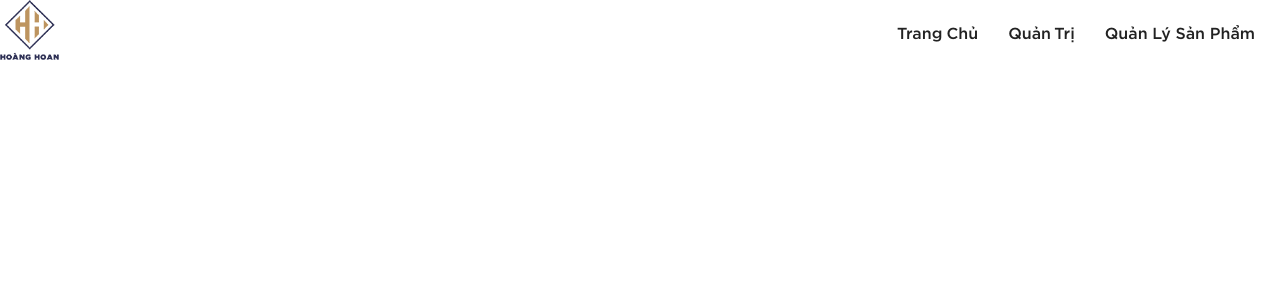
Repository: LDDUNG2003/prj_2
Page: /adminLocal
An editor plug-in stored every save of this project. The page is shown before and after the next save, followed by the edit.
The browser window is 1280 px wide. The pictures show the whole page.
The project was rebuilt for these pictures with package versions that can differ from the ones it lists, and the page was loaded fresh each time. Also part of the build but not shown: src/layouts/header/itemsHeader/index.js, src/layouts/header/loginHeader/index.js, src/layouts/header/index.js, src/layouts/footer/index.js, src/layouts/defaultLayout/index.js, src/font-awesome/index.js, src/pages/home/setProductSlick/index.js, src/pages/home/index.js and 9 more.

Above is the page before, as saved 2023-10-02 15:39:23.

### public/index.html
<!doctype html>
<html lang="en">
  <head>
    <meta charset="utf-8">
    <meta name="viewport" content="width=device-width, initial-scale=1">
    <link rel="shortcut icon" href="./img/logo.png">
    <link rel="preconnect" href="https://fonts.googleapis.com">
    <link rel="preconnect" href="https://fonts.gstatic.com" crossorigin>
    <link href="https://fonts.googleapis.com/css2?family=Roboto:ital,wght@0,100;0,300;0,400;0,500;1,100;1,400;1,500;1,700;1,900&display=swap" rel="stylesheet">
    <title>Nội Thất Hoàng Hoan</title>
  </head>
  <body>
    <div id="root"></div>
  </body>
</html>

### src/index.js
import React from 'react';
import ReactDOM from 'react-dom';
import App from './App';
import './index.css';

const root = ReactDOM.createRoot(document.getElementById('root'));
root.render(
  <React.StrictMode>
    <App />
  </React.StrictMode>,
);

### src/App.js
import React, { Component, Fragment } from 'react';
import { BrowserRouter as Router , Routes, Route } from 'react-router-dom';
import defaultLayout from './layouts/defaultLayout';
import AdminLayout from './layouts/AdminLayout';
import { publicRoute } from './routes';
import "slick-carousel/slick/slick.css";
import "slick-carousel/slick/slick-theme.css";
import './styles/css/responsive.css';

class App extends Component {
  render() {
    return (
      <Router>
        <div className="App">
        <Routes>
          {publicRoute.map((route ,index) => {
              const Page = route.component
              let Layout
              if(route.layout === 'notlayout'){
                Layout = Fragment
              }else if(route.layout === 'adminLayout'){
                Layout = AdminLayout
              }
              else{
                Layout = defaultLayout
              }
              return (<Route
                key={index}
                path={route.path}
                element={
                <Layout>
                    <Page/>
                  </Layout>
                }/>);
            })}
        </Routes>
        </div>
      </Router>
    );
  }
}

export default App;

### src/index.css
@font-face {
    font-family: "Gotham-Medium";
    src: url(./styles/front/Gotham-Medium.otf);
}

@font-face {
    font-family: "Gotham-Thin";
    src: url(./styles/front/Gotham-Thin.otf);
}

@font-face {
    font-family: "Gotham-Ultra";
    src: url(./styles/front/Gotham-Ultra.otf);
}

### src/layouts/AdminLayout/index.js
import Header from './Header'
import AdminMenu from '~';

function AdminLayout({children}) {
    return (
       <>
       <Header/>
       <div className="content"></div>
       </>
     );
}

export default AdminLayout;

### src/routes/index.js
import Home from '~/pages/home'
import News from '~/pages/news'
import Contact from '~/pages/contact'
import page404 from '~/pages/notfoud'
import Login from '~/pages/login'
import AdminLocal from '~/pages/adminPage'
import Upload from '~/pages/adminPage/upLoad'
import LocaPage from '~/pages/adminPage/pageLocal'


const publicRoute = [
    {path: '/',component: Home},
    {path: '/news',component: News},
    {path: '/contact',component: Contact},
    {path: '/*',component: page404, layout: 'notlayout'},
    {path: '/login',component: Login,layout: 'notlayout'},
    {path: '/adminLocal',component:AdminLocal,layout: 'adminLayout'},
    {path: '/AdminUpLoad',component:Upload , layout: 'adminLayout'},
    {path: '/pageLocalAdmin',component:LocaPage, layout: 'adminLayout'}
]

const AdminRoute = [
]

export  { AdminRoute, publicRoute}

### src/styles/css/responsive.css
@media (min-width:767px) {
    #mobileMenu {
        display: none;
    }
}

@media (max-width: 767px) {
    #root {
        margin: 0px 5px;
    }
    #mobileMenu {
        display: block;
        text-align: center;
    }
    .logo--block {
        width: 100%;
        display: flex;
        align-items: center;
        justify-content: space-between;
    }
    .navBar {
        display: block;
        height: auto;
    }
    .choose-item {
        width: 100%;
    }
    .menu-mobile {
        width: 40px;
        height: 40px;
        padding: 10px;
        border: 0px;
        background-color: var(--primary-color);
    }
    .news--item-container {
        font-size: 11px;
    }
    .content--title::before {
        display: none;
    }
    .new--item-heading {
        font-size: 14px;
    }
    .navBar__list {
        display: none;
        width: 100%;
    }
    .navBar__list-item {
        padding: 4px;
        border-bottom: 2px solid #ccc;
    }
    .about__us {
        background: none;
    }
    .about__us::before {
        background: none;
    }
    .content__focut {
        position: static;
    }
    .focut--item {
        width: 50%;
    }
    .content__banner {
        width: 100%;
    }
    .banner--content {
        display: none;
    }
    .slick-prev:before,
    .slick-next:before {
        display: none;
    }
    .about--background {
        display: none;
    }
    .about__us-bag {
        position: static;
    }
    .about--block {
        display: block;
    }
    .about--content {
        width: 100%;
        color: var(--text-color);
    }
    .about--content img {
        width: 100%;
    }
    .content--title {
        color: var(--text-color);
    }
    .news--contain {
        display: block;
    }
    .mobile-display {
        display: none;
    }
    .news--contain--item {
        width: 100%;
    }
    .news--list-item {
        width: 100%;
        overflow: hidden;
    }
    .news--list-item img {
        height: 100%;
    }
    .partner--list {
        flex-wrap: wrap;
    }
    .partner--item {
        width: 50%;
    }
    .content--contact {
        display: none;
    }
    .footer__lable {
        display: block;
    }
    .footer--list {
        width: 100%;
        padding: 10px 0px;
    }
    .footer--list-item {
        width: 100%;
        padding: 5px 0px;
    }
    /* news responsive */
    .news--content-list {
        margin: 0px 20px;
    }
    .news--content-item {
        width: 100%;
    }
    .featured--list {
        width: 100%;
        margin: 10px;
        flex-wrap: wrap;
    }
    .featured--item {
        width: 100%;
    }
}

### src/styles/css/base.css
* {
    padding: 0px;
    margin: 0px;
    font-family: "Gotham-Medium";
    text-align: justify;
}

:root {
    --primary-color: #bd945f;
    --text-color: #222222;
}


/* font setting */

.App {
    width: 100%;
    overflow: hidden;
    background-color: #fff;
}

.main {
    width: 100%;
}

.header {
    padding: 10px 0px;
    margin: auto;
    width: 100%;
    max-width: 1200px;
}

.navBar {
    display: flex;
    width: 100%;
    justify-content: space-between;
}

.logo {
    height: 60px;
}

.navBar__list {
    display: flex;
    list-style: none;
    align-items: center;
}

.navBar__list-item {
    margin: 0 10px;
    position: relative;
}

.navBar__list--link {
    text-transform: uppercase;
    font-size: 16px;
    color: var(--text-color);
    text-decoration: none;
}

.navBar__list-item::before {
    content: '';
    background-color: var(--primary-color);
    display: block;
    height: 4px;
    margin-top: 7px;
    width: 0px;
    top: 75%;
    position: absolute;
    transition: 0.3s;
    z-index: 1;
}

.Login--navBar {
    list-style: none;
    position: absolute;
    z-index: 1;
    width: 240px;
    background-color: #fff;
    padding: 15px;
    right: 0px;
    top: 150%;
    border-radius: 5px;
    border: solid 1px #ccc;
    display: none;
}

.Login--navBar::after {
    content: '';
    width: 120px;
    display: block;
    height: 9px;
    position: absolute;
    top: -9px;
    right: 0px;
}

.navBar__list-item:hover .Login--navBar {
    display: block;
}

.Login__list-item {
    padding: 4px 0px;
}

.select--item::before {
    content: '';
    background-color: var(--primary-color);
    display: block;
    height: 4px;
    margin-top: 7px;
    width: 65px;
    top: 75%;
    position: absolute;
    z-index: 1;
}

.navBar__list-item:hover::before {
    width: 65px;
}

.featured--content {
    padding-top: 10px;
    text-align: center;
}

.featured-name {
    display: contents;
    font-size: 18px;
    text-transform: capitalize;
}

.evaluate--list {
    list-style: none;
    display: flex;
    justify-content: center;
}

.evaluate--list li {
    padding: 5px;
    margin: 0;
}

.note-product {}

.content--title {
    font-size: 32px;
    padding: 50px 0px;
    text-align: center;
    position: relative;
    text-transform: uppercase;
}

.content--title::before {
    content: '';
    background-color: var(--primary-color);
    width: 90px;
    height: 9px;
    position: absolute;
    top: 70%;
    right: 47%;
}

.content__featured {
    width: 100%;
    max-width: 1200px;
    margin: auto;
    padding-bottom: 30px;
}

.featured--list {
    width: 100%;
    list-style: none;
    display: flex;
    text-align: center;
}

.featured--item {}

.featured--img {
    width: 80%;
    margin: auto;
}

.price-product {
    text-align: center;
    padding: 7px 0px;
    font-weight: 800;
    font-size: 16px;
}

.slick-prev:before,
.slick-next:before {
    color: var(--primary-color) !important;
    width: 15px;
    display: inline-block;
}

.footer {
    padding: 20px 0px;
    background-color: black;
}

.footer__lable {
    max-width: 1200px;
    margin: auto;
    display: flex;
    width: 100%;
    justify-content: space-around;
    color: #fff;
    justify-content: space-between;
}

.footer--list {
    list-style: none;
    width: 32%;
}

.footer--list-item {
    font-size: 16px;
    padding-top: 8px;
    text-transform: capitalize;
    font-family: initial;
}

.footer--list-heading {
    font-size: 18px;
    font-weight: 300;
    text-transform: uppercase;
    position: relative;
    padding-bottom: 0px;
    font-family: 'Gotham-Medium';
}

.footer--list-heading::after {
    content: '';
    background-color: var(--primary-color);
    width: 110px;
    padding-top: 6px;
    position: absolute;
    left: 0px;
    bottom: -8px;
}

.footer--inheri {
    text-transform: uppercase;
    font-weight: 600;
    font-size: 18px;
}

.footer--list-contact {
    display: flex;
    list-style: none;
}

.fooder--list-contact-item {
    width: 16px;
    padding: 5px;
}

### src/layouts/AdminLayout/Header/index.js
import { Link } from "react-router-dom";
import Logo from "~/logo.png"
import '../styles/index.css'
function Header() {
    return (
        <nav className="admin_laybel">
            <Link to="/"><img className="logo" src={Logo} alt="" /></Link>
            <ul className="admin-List">
                <li className='Admin-item'><Link className="admin-Link" to='/'>Trang Chủ</Link></li>
                <li className='Admin-item'><Link className="admin-Link" to="/pageLocalAdmin">Quản Trị</Link></li>
                <li className='Admin-item'><Link className="admin-Link" to='/ProductManagement'> Quản lý Sản phẩm</Link></li>

            </ul>
        </nav>
     );
}

export default Header;

### src/layouts/AdminLayout/styles/index.css
.admin_laybel {
    display: flex;
    width: 100%;
    max-width: 1300px;
    justify-content: space-between;
    margin: auto;
}

.admin-List {
    display: flex;
    padding: 10px;
    list-style: none;
}

.Admin-item {
    padding: 15px;
}

.admin-Link {
    font-size: 1rem;
    color: var(--text-color);
    text-decoration: none;
    text-transform: capitalize;
}

### src/pages/notfoud/index.css
* {
    -webkit-box-sizing: border-box;
    box-sizing: border-box;
}

body {
    padding: 0;
    margin: 0;
}

#notfound {
    position: relative;
    height: 100vh;
}

#notfound .notfound {
    position: absolute;
    left: 50%;
    top: 50%;
    -webkit-transform: translate(-50%, -50%);
    -ms-transform: translate(-50%, -50%);
    transform: translate(-50%, -50%);
}

.notfound {
    max-width: 520px;
    width: 100%;
    line-height: 1.4;
    text-align: center;
}

.notfound .notfound-404 {
    position: relative;
    height: 200px;
    margin: 0px auto 20px;
    z-index: -1;
}

.notfound .notfound-404 h1 {
    font-family: 'Montserrat', sans-serif;
    font-size: 236px;
    font-weight: 200;
    margin: 0px;
    color: #211b19;
    text-transform: uppercase;
    position: absolute;
    left: 50%;
    top: 50%;
    -webkit-transform: translate(-50%, -50%);
    -ms-transform: translate(-50%, -50%);
    transform: translate(-50%, -50%);
}

.notfound .notfound-404 h2 {
    font-family: 'Montserrat', sans-serif;
    font-size: 28px;
    font-weight: 400;
    text-transform: uppercase;
    color: #211b19;
    background: #fff;
    padding: 10px 5px;
    margin: auto;
    display: inline-block;
    position: absolute;
    bottom: 0px;
    left: 0;
    right: 0;
}

.notfound a {
    font-family: 'Montserrat', sans-serif;
    display: inline-block;
    font-weight: 700;
    text-decoration: none;
    color: #fff;
    text-transform: uppercase;
    padding: 13px 23px;
    background: #ff6300;
    font-size: 18px;
    -webkit-transition: 0.2s all;
    transition: 0.2s all;
}

.notfound a:hover {
    color: #ff6300;
    background: #211b19;
}

@media only screen and (max-width: 767px) {
    .notfound .notfound-404 h1 {
        font-size: 148px;
    }
}

@media only screen and (max-width: 480px) {
    .notfound .notfound-404 {
        height: 148px;
        margin: 0px auto 10px;
    }
    .notfound .notfound-404 h1 {
        font-size: 86px;
    }
    .notfound .notfound-404 h2 {
        font-size: 16px;
    }
    .notfound a {
        padding: 7px 15px;
        font-size: 14px;
    }
}

### src/styles/css/login.css
.login-page {
    width: 100%;
    height: 100%;
    padding: auto;
    padding: 10% 0 10% 0;
    margin: auto;
    background-color: #87c98b;
}

.form {
    position: relative;
    z-index: 1;
    background: #ffffff;
    max-width: 360px;
    margin: 0 auto 100px;
    padding: 45px;
    text-align: center;
    box-shadow: 0 0 20px 0 rgba(0, 0, 0, 0.2), 0 5px 5px 0 rgba(0, 0, 0, 0.24);
}

.form input {
    font-family: "Roboto", sans-serif;
    outline: 0;
    background: #f2f2f2;
    width: 100%;
    border: 0;
    margin: 0 0 15px;
    padding: 15px;
    box-sizing: border-box;
    font-size: 14px;
}

.form button {
    font-family: "Roboto", sans-serif;
    text-transform: uppercase;
    outline: 0;
    background: #4CAF50;
    width: 100%;
    border: 0;
    padding: 15px;
    color: #FFFFFF;
    font-size: 14px;
    -webkit-transition: all 0.3 ease;
    transition: all 0.3 ease;
    cursor: pointer;
}

.form button:hover,
.form button:active,
.form button:focus {
    background: #43A047;
}

.form .message {
    margin: 15px 0 0;
    color: #b3b3b3;
    font-size: 12px;
}

.form .message a {
    color: #4CAF50;
    text-decoration: none;
}

.form .register-form {
    display: none;
}

.container {
    position: relative;
    z-index: 1;
    max-width: 300px;
    margin: 0 auto;
}

.container:before,
.container:after {
    content: "";
    display: block;
    clear: both;
}

.container .info {
    margin: 50px auto;
    text-align: center;
}

.container .info h1 {
    margin: 0 0 15px;
    padding: 0;
    font-size: 36px;
    font-weight: 300;
    color: #1a1a1a;
}

.container .info span {
    color: #4d4d4d;
    font-size: 12px;
}

.container .info span a {
    color: #000000;
    text-decoration: none;
}

.container .info span .fa {
    color: #EF3B3A;
}

body {
    /* background: #76b852; */
    /* fallback for old browsers */
    /* background: rgb(141, 194, 111);
    background: linear-gradient(90deg, rgba(141, 194, 111, 1) 0%, rgba(118, 184, 82, 1) 50%); */
    font-family: "Roboto", sans-serif;
    -webkit-font-smoothing: antialiased;
    -moz-osx-font-smoothing: grayscale;
}

### src/styles/css/home.css
.content {
    width: 100%;
    /* max-width: 1500px; */
    margin: auto;
}

.content__banner {
    width: 100%;
    position: relative;
}

.content--list-image {
    width: 100%;
    max-width: 1500px;
    margin: auto;
}

.content--image {
    width: 100%;
}

.banner--content {
    position: absolute;
    top: 10%;
    left: 15%;
}

.banner--content-text-title {
    text-transform: uppercase;
    font-family: 800;
    font-family: "gotham-utral";
    font-size: 25px;
}

.banner--content-text {
    font-size: 18px;
    color: var(--text-color);
    width: 420px;
}

.banner--button {
    padding: 20px;
    color: aliceblue;
    background-color: var(--primary-color);
    border: none;
    font-family: "gotham-utral";
    font-size: 18px;
    cursor: pointer;
}

.content__focut {
    position: relative;
    background-color: #ffffff;
    top: -60px;
    max-width: 1200px;
    width: 100%;
    margin: auto;
}

.focut--list {
    margin: auto;
    display: flex;
    width: 100%;
    list-style: none;
    flex-wrap: wrap;
}

.focut--item {
    width: 25%;
    text-align: center;
}

.focut--img {
    width: 100%;
}

.focut--text {
    text-align: center;
    font-size: 23px;
}

.content__featured {
    width: 100%;
    max-width: 1200px;
    margin: auto;
    padding-bottom: 30px;
}

.featured--list {
    width: 100%;
    list-style: none;
    display: flex;
    text-align: center;
}

.featured--item {
    width: 24%;
}

.featured--img {
    width: 80%;
    margin: auto;
}

.about__us {
    position: relative;
    width: 100%;
    max-width: 1500px;
    margin: auto;
    padding: 20px 0px;
    background-image: url("../img/bg-about-us.jpg");
    display: flex;
    justify-content: center;
}

.about__us::before {
    content: "";
    position: absolute;
    width: 100%;
    height: 100%;
    background-color: black;
    opacity: 0.5;
    z-index: 0;
    top: 0px;
    display: block;
}

.about__us-bag {
    top: 0px;
    width: 100%;
    max-width: 1200px;
    left: 10%;
    color: #ffffff;
    z-index: 1;
}

.about__content {
    width: 100%;
}

.about--block {
    display: flex;
    justify-content: space-between;
}

.about--content {
    width: 47%;
}

.about--content--title {
    font-size: 23px;
}

.about--text--list {
    font-size: 16px;
    padding: 10px 0px;
}

.about--text {
    padding: 10px 0px;
}

.about--list {
    list-style: none;
    display: flex;
}

.about--item {
    width: 20%;
    padding: 4px;
}

.about--img {
    width: 100%;
}

.choose__choose {
    width: 100%;
}

.choose--list {
    list-style: none;
    display: flex;
    flex-wrap: wrap;
    justify-content: space-between;
}

.choose--item {
    align-items: center;
    margin: 5px 0px;
    width: 48%;
    display: flex;
    background-color: #ffffff;
}

.choose--content-title {
    color: var(--primary-color);
    font-size: 23px;
    text-transform: uppercase;
    font-weight: 800;
}

.choose--text {
    font-weight: 700;
    font-size: 16px;
    padding: 5px 0px;
    color: var(--text-color);
}

.news {
    margin: auto;
    width: 100%;
    max-width: 1500px;
}

.content--title {}

.news--contain {
    margin: auto;
    display: flex;
    width: 100%;
    justify-content: space-between;
}

.news--contain--item {
    width: 48%;
    position: relative;
}

.impotant--grd {
    height: 460px;
    width: 100%;
}

.news-contain-impotant {
    margin-right: 10px;
    position: absolute;
    bottom: 0;
    height: 30%;
    background-color: var(--primary-color);
    padding: 20px 10px;
    width: 100%;
}

.news--impotant-heading {
    font-size: 23px;
    text-transform: uppercase;
    color: #ffffff;
}

.news--impotant-text {
    font-size: 16px;
}

.news--list {
    list-style: none;
}

.news--list-item {
    margin: 5px 0;
    display: flex;
    height: 105px;
}

.new--item-heading {
    font-size: 21px;
    text-transform: capitalize;
}

.news--item-container {
    font-size: 16px;
    margin: 5px;
    font-weight: 100;
    text-align: justify;
}

.news--impotant-text {
    margin: 0px;
}

.partner--contain {}

.partner--list {
    display: flex;
    list-style: none;
    flex-wrap: wrap;
    width: 100%;
    /* setup max width  */
    max-width: 1200px;
    margin: auto;
}

.partner--item {
    /* setup width calc 100/7 */
    width: calc(100% / 7);
    /* width: calc(100%/7%); */
}

.content--contact {
    width: 100%;
    margin: auto;
    max-width: 1600px;
    position: relative;
    box-sizing: border-box;
}

.contact--contain {
    height: 100%;
}

.contact-bg {
    width: 100%;
    height: 100%;
}

.contact-contain {}

.contact-image {
    position: absolute;
    display: none;
}

### src/layouts/AdminLayout/AdminMenu/index.js
import { Link } from "react-router-dom";

function AdminMenu() {
    return (
        <nav>
            <ul>
                <li className="MenuList"><Link to='/'>Server</Link></li>
                <li className="MenuList"><Link to='/'>Server</Link></li>
                <li className="MenuList"><Link to='/'>Server</Link></li>
                <li className="MenuList"><Link to='/'>Server</Link></li>
            </ul>
        </nav>
    );
}

export default AdminMenu;

### src/pages/adminPage/index.js
import { Link } from "react-router-dom";

function AdminLocal() {
    function Redirect() {
        window.location="http://localhost:3000/";
     }

    var adminAccount = true;
    if(adminAccount) {
        return (
            <div className="content">hello</div>
        );
    }else{
        Redirect()
        console.log("null admin accound")
    }
}

export default AdminLocal;

After the next save:
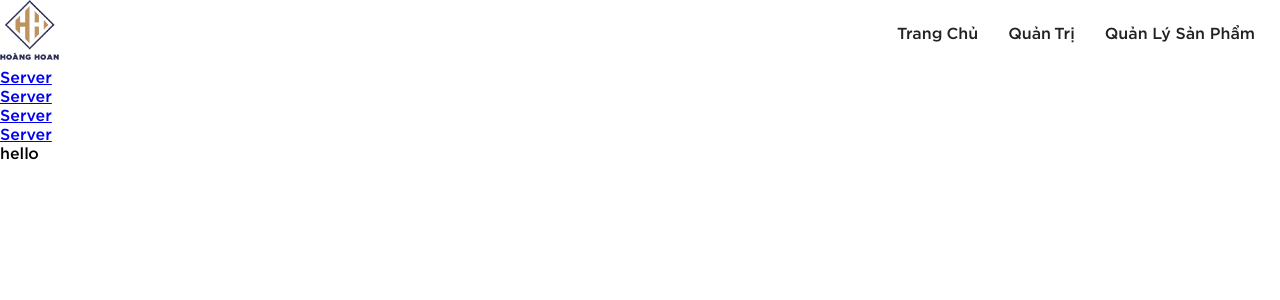
Saved 51 s later.
--- a/src/layouts/AdminLayout/index.js
+++ b/src/layouts/AdminLayout/index.js
@@ -1,11 +1,15 @@
 import Header from './Header'
-import AdminMenu from '~';
+import AdminMenu from './AdminMenu';
 
 function AdminLayout({children}) {
     return (
        <>
        <Header/>
-       <div className="content"></div>
+       <div className="content">
+        <AdminMenu/><div className="content-admin">
+          {children}
+        </div>
+       </div>
        </>
      );
 }
